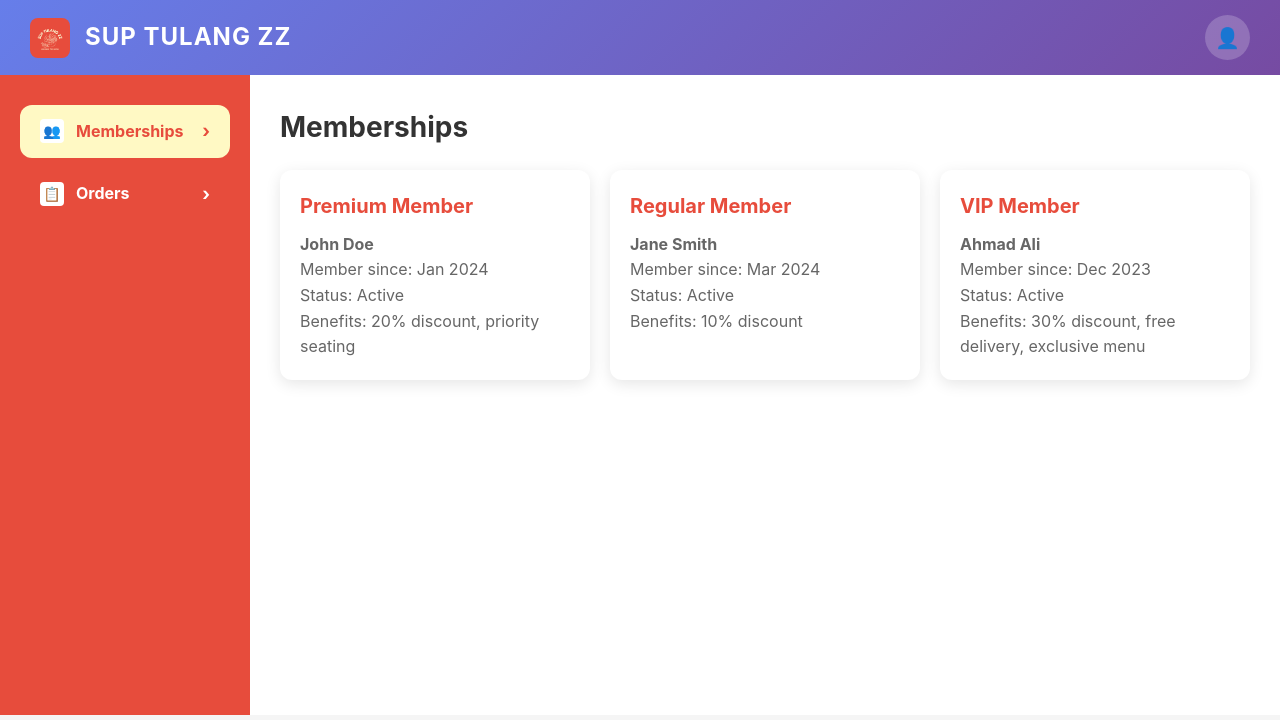
Repository: YIsheng2002/web-frontend
Page: view/Staff/dashboardstaff.html
An editor plug-in stored every save of this project. The page is shown before and after the next save, followed by the edit.
The browser window is 1280 px wide. The pictures show the whole page.

Above is the page before, as saved 2025-06-12 14:30:41.

After the next save:
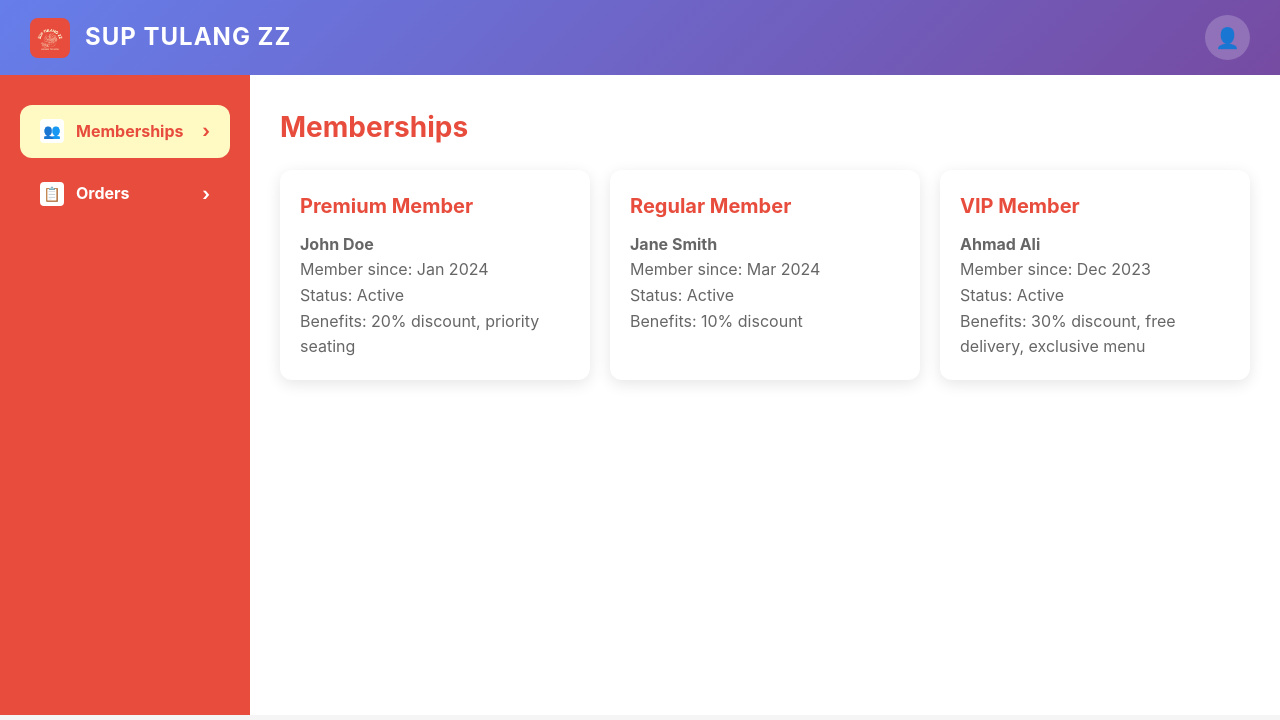
Saved 35 s later.
--- a/view/Staff/assets/css/dashboardStaff.css
+++ b/view/Staff/assets/css/dashboardStaff.css
@@ -219,7 +219,7 @@ body {
 }
 
 .main-content h3 {
-    color: #333;
+    color: #e74c3c;
     margin-bottom: 20px;
     font-size: 28px;
 }
